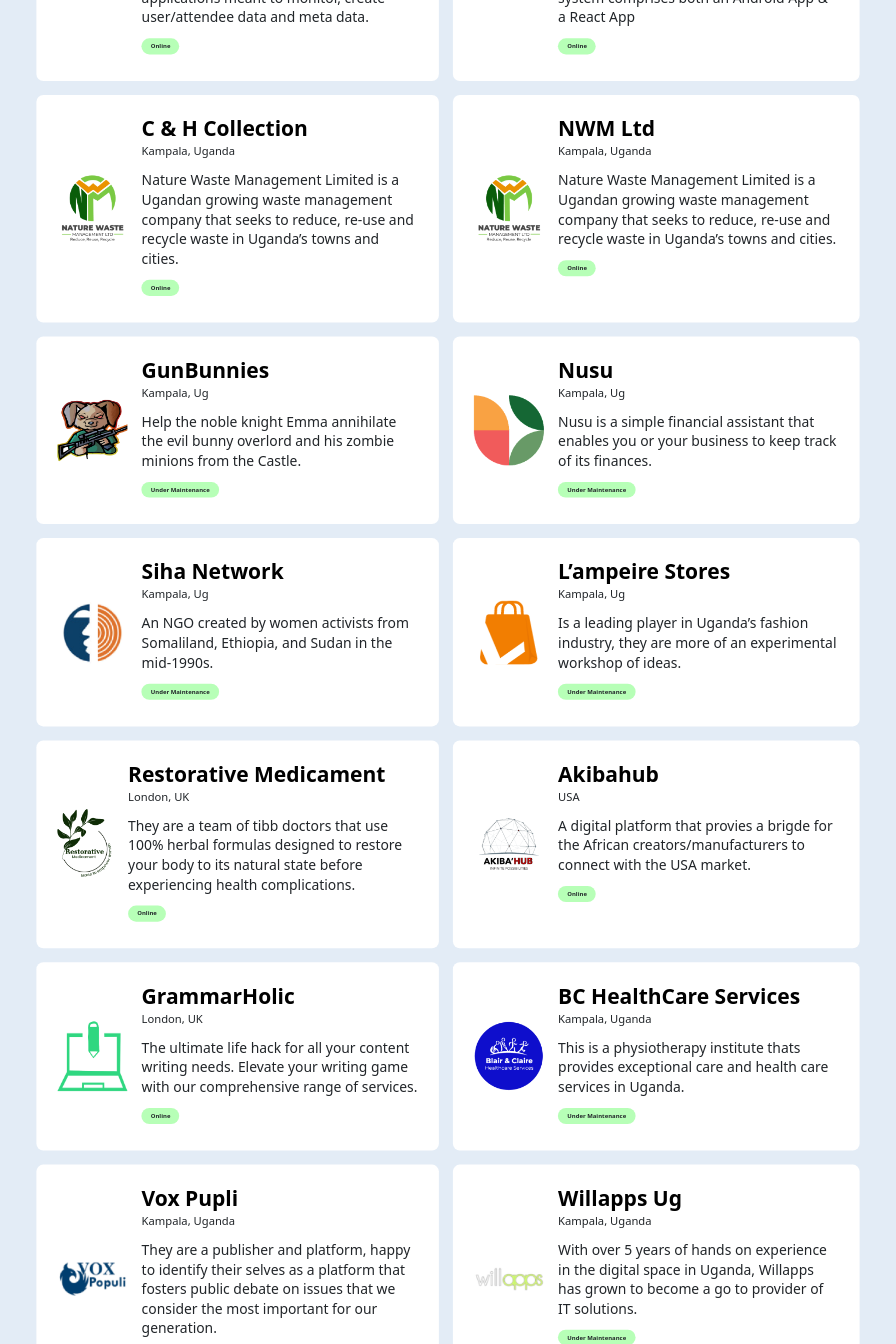
Repository: kaizoku010/firebrand
Page: /apps
An editor plug-in stored every save of this project. The page is shown before and after the next save, followed by the edit.
The browser window is 1280 px wide. The pictures show the part of the page from y = 644 to 2564 px (the page is 3837 px tall before and 3893 px after), at 70% of full size.
The project was rebuilt for these pictures with package versions that can differ from the ones it lists, and the page was loaded fresh each time. Also part of the build but not shown: vite.config.js, src/update/homescreen.css, src/update/homescreen.js, src/update/blog.css, src/update/blog.js, src/update/connect.css, src/update/connect.js. Imported but missing from the stored project, and not drawn on this page: src/update/about.js.

Above is the page before, as saved 2024-05-27 14:37:36.

After the next save:
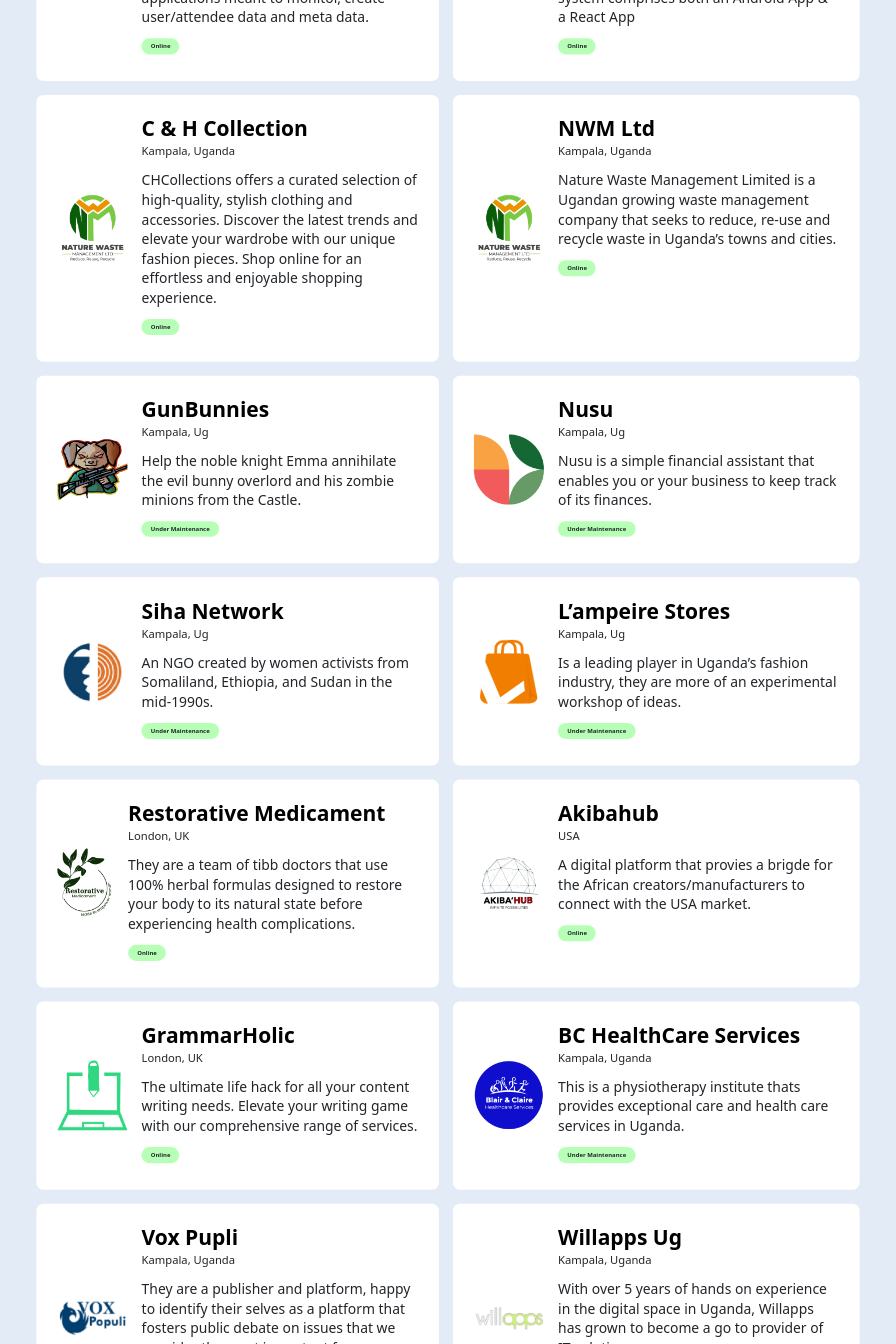
Saved 98 s later.
--- a/src/dataPoint/AllProjects.js
+++ b/src/dataPoint/AllProjects.js
@@ -52,7 +52,7 @@
     backgroundColor: 'white',
     textColor: 'red',
     location: 'Kampala, Uganda',
-    desc: 'Nature Waste Management Limited is a Ugandan growing waste management company that seeks to reduce, re-use and recycle waste in Uganda’s towns and cities.',
+    desc: 'CHCollections offers a curated selection of high-quality, stylish clothing and accessories. Discover the latest trends and elevate your wardrobe with our unique fashion pieces. Shop online for an effortless and enjoyable shopping experience.',
     icon: NwmLogo,
    link: 'https://chcollections.ug/'
   },
